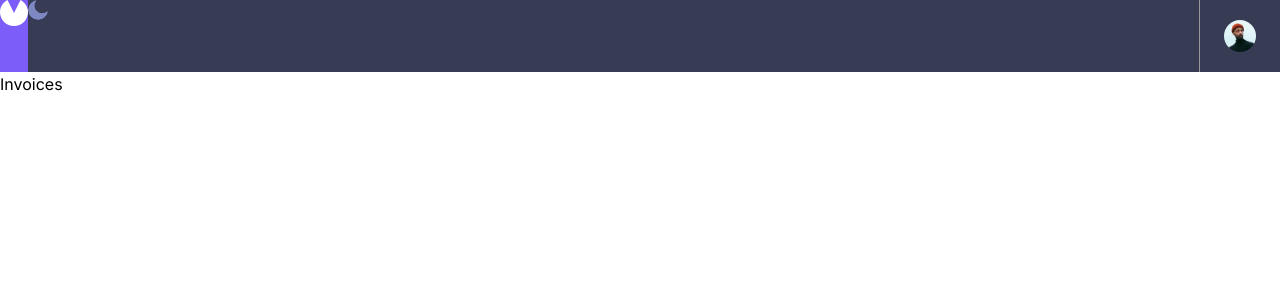
Repository: theoneswhodead/invoice-app
Page: /
These files come from the project's save history. The page is drawn as it stood at one moment and after the next save; the edit follows.
The browser window is 1280 px wide. The pictures show the whole page.
The project was rebuilt for these pictures with package versions that can differ from the ones it lists, and the page was loaded fresh each time. The framework's server and built-in components were replaced by stand-ins that run in the browser. Also part of the build but not shown: next.config.mjs.

Above is the page before, as saved 2024-08-19 17:50:21.

### app/layout.tsx
import type { Metadata } from "next";
import { Inter } from "next/font/google";
import "./globals.css";

const inter = Inter({ subsets: ["latin"] });

export const metadata: Metadata = {
  title: "Invoice app<",
  description: "Invoice app",
};

export default function RootLayout({
  children,
}: Readonly<{
  children: React.ReactNode;
}>) {
  return (
    <html lang="en">
      <head>
        <link
            rel="icon"
            type="image/png"
            sizes="16x16"
            href="/favicon-32x32.png"
          />
      </head>
      <body className={inter.className}>{children}</body>
    </html>
  );
}

### app/page.tsx
import BarMenu from "./components/BarMenu";
import Invoices from "./components/Invoices";

export default function Home() {
  return (
    <main className="">
      <BarMenu />
      <Invoices />
    </main>
  );
}

### app/globals.css
@import url('https://fonts.googleapis.com/css2?family=League+Spartan:wght@100..900&display=swap');

@tailwind base;
@tailwind components;
@tailwind utilities;

### app/components/BarMenu.tsx
import React from 'react'
import Image from 'next/image'

const BarMenu = () => {
  return (
    <nav className='bg-gray h-[4.5rem] flex justify-between'>
      <div className='flex justify-between '>
        <div className='bg-purple '>
            <Image
                src="/logo.svg"
                width={28}
                height={28}
                alt="Logo"
            />
        </div>
        <div>
            <Image
                src="/icon-moon.svg"
                width={20}
                height={20}
                alt="Theme Mode"
                className='rounded-full'
            />
        </div>
      </div>
      <div className='border-l border-light_gray'>
        <Image
            src="/image-avatar.jpg"
            width={32}
            height={32}
            alt="Avatar"
            className='rounded-full my-[1.25rem] mx-[1.5rem]'
        />
      </div>
    </nav>
  )
}

export default BarMenu

### app/components/Invoices.tsx
import React from 'react'

const Invoices = () => {
  return (
    <div>
      Invoices
    </div>
  )
}

export default Invoices

### tailwind.config.ts
import type { Config } from "tailwindcss";

const config: Config = {
  content: [
    "./pages/**/*.{js,ts,jsx,tsx,mdx}",
    "./components/**/*.{js,ts,jsx,tsx,mdx}",
    "./app/**/*.{js,ts,jsx,tsx,mdx}",
  ],
  darkMode: 'selector',
  theme: {
    extend: {
      colors: {
        "purple": "#7C5DFA",
        "light_purple": "#9277FF",
        "charcoal_blue": "#1E2139",
        "charcoal_gray": "#252945",
        "lavender_blue": "#DFE3FA",
        "cool_gray": "#888EB0",
        "wild_blue_yonder": "#7E88C3",
        "gunmetal": "#0C0E16",
        "coral_red": "#EC5757",
        "periwinkle": "#9277FF",
        "off_white": "#F8F8FB",
        "rich_black": "#141625",
        "gray": "#373B53",
        "light_gray": "#979797"
      },
      fontFamily: {
        Leagie_Spartan: ["League Spartan", "sans-serif"],
      },
      screens: {
        xxs: "280px",
        xs: "375px",
        ss: "580px",
        sm: "768px",
        md: "1060px",
        lg: "1440px",
        xl: "1700px",
      },
    },
  },
  plugins: [],
};
export default config;

After the next save:
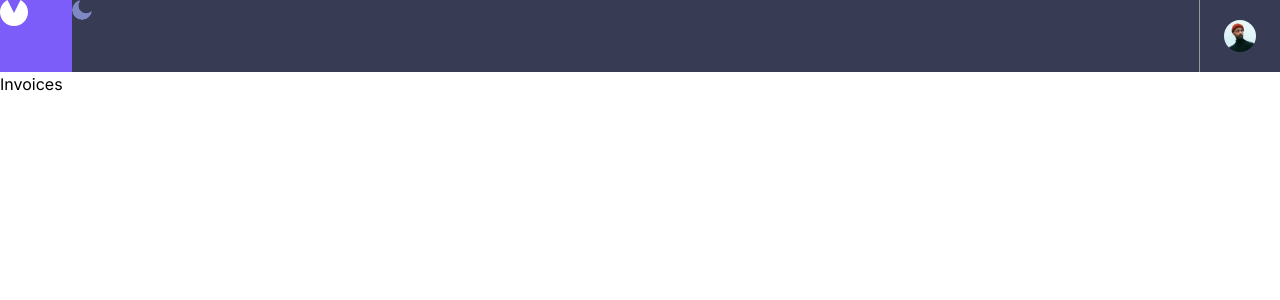
Saved 55 s later.
--- a/app/components/BarMenu.tsx
+++ b/app/components/BarMenu.tsx
@@ -5,7 +5,7 @@ const BarMenu = () => {
   return (
     <nav className='bg-gray h-[4.5rem] flex justify-between'>
       <div className='flex justify-between '>
-        <div className='bg-purple '>
+        <div className='bg-purple h-[4.5rem] w-[4.5rem]'>
             <Image
                 src="/logo.svg"
                 width={28}
